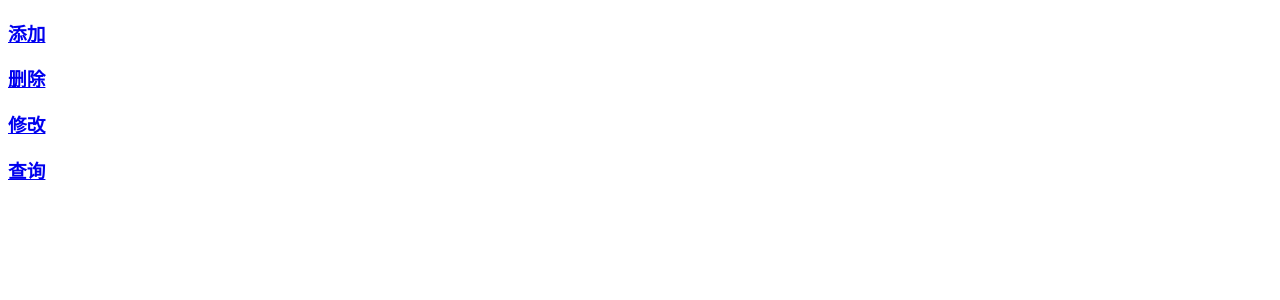
Repository: Matty-GCU/MyEclipse
Page: Java_Web_Learning/WebRoot/chapter06_JSP&JDBC/homework/stu_info_mng_sys.html
These files come from the project's save history. The page is drawn as it stood at one moment and after the next save; the edit follows.
The browser window is 1280 px wide. The pictures show the whole page.

Above is the page before, as saved 2021-10-16 09:17:58.

### Java_Web_Learning/WebRoot/chapter06_JSP&JDBC/homework/stu_info_mng_sys.html
<!DOCTYPE html>
<html>
	<head>
		<meta charset="UTF-8">
		<title>20211014(ddl)Java Web作业（第6章）</title>
		<!--
			还有其他实现方法。
			1）比如，用js，这就很灵活了，根据点击内容的不同，进行相应的判定，进入不同的页面（比如添加页面和修改页面是不一样，修改要填两次/两份信息），
			但是老师在这章估计不想让我们用js。
			2）还有就是不用表单，直接用超链接<a href和浮动框架<iframe，也可以对增删改查四种操作进行对应的处理。
		-->
	</head>
	<body>
		<h3><a href="insert.jsp">添加</a></h3>
		<h3><a href="delete.jsp">删除</a></h3>
		<h3><a href="update.jsp">修改</a></h3>
		<h3><a href="search.jsp">查询</a></h3>
	</body>
</html>

After the next save:
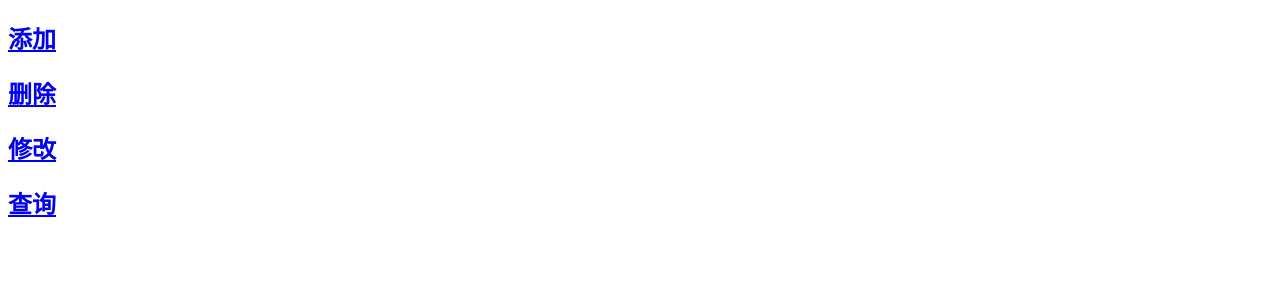
Saved 11 s later.
--- a/Java_Web_Learning/WebRoot/chapter06_JSP&JDBC/homework/stu_info_mng_sys.html
+++ b/Java_Web_Learning/WebRoot/chapter06_JSP&JDBC/homework/stu_info_mng_sys.html
@@ -11,9 +11,9 @@
 		-->
 	</head>
 	<body>
-		<h3><a href="insert.jsp">添加</a></h3>
-		<h3><a href="delete.jsp">删除</a></h3>
-		<h3><a href="update.jsp">修改</a></h3>
-		<h3><a href="search.jsp">查询</a></h3>
+		<h2><a href="insert.jsp">添加</a></h2>
+		<h2><a href="delete.jsp">删除</a></h2>
+		<h2><a href="update.jsp">修改</a></h2>
+		<h2><a href="search.jsp">查询</a></h2>
 	</body>
 </html>
